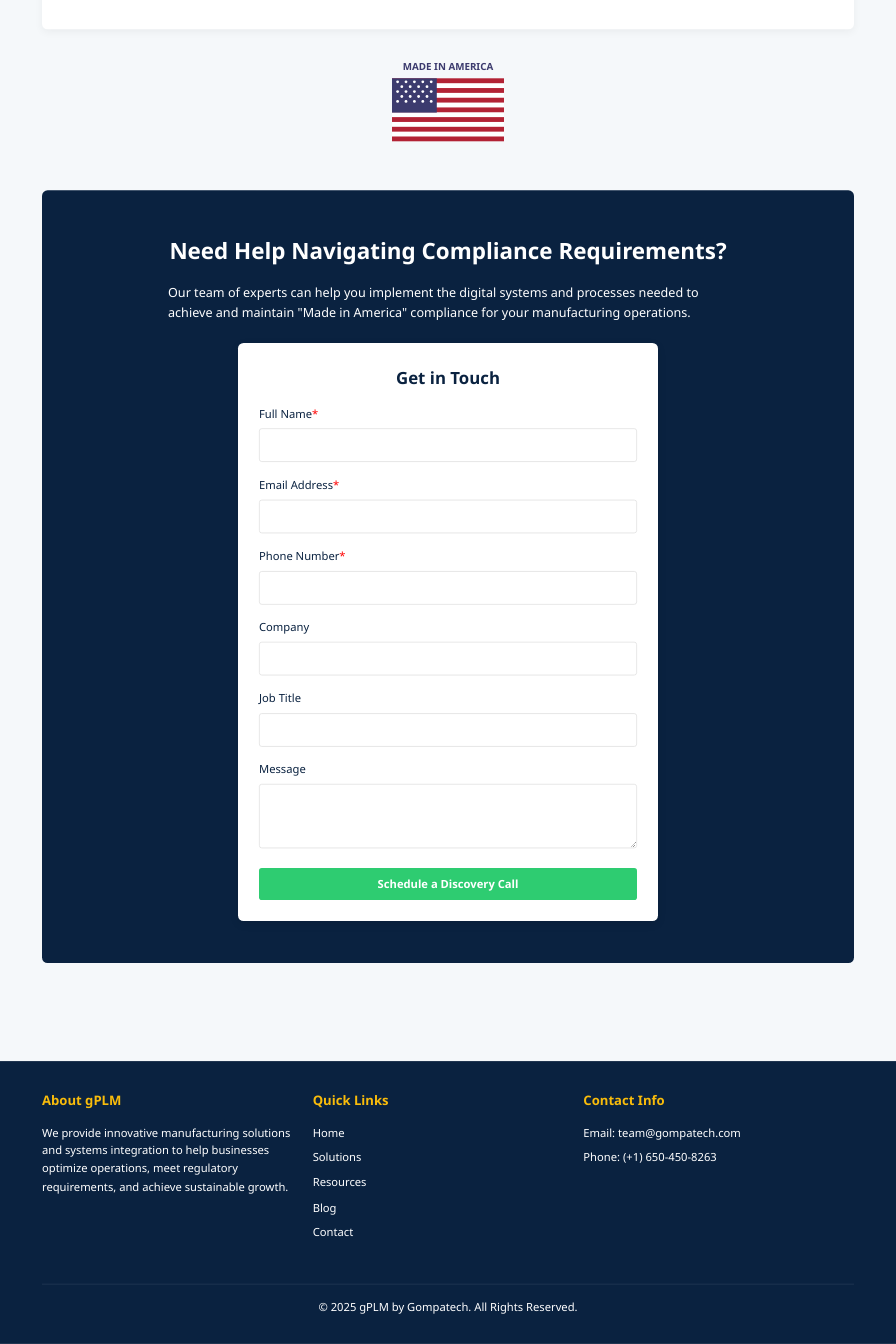
Repository: gompaBlogs/website
Page: mia.html
The author's editor kept a copy of each file at every save. The page is drawn from the files as they stood at one save, then again after the next save.
The browser window is 1280 px wide. The pictures show the part of the page from y = 2507 to 4427 px (the page is 4427 px tall before and 4392 px after), at 70% of full size.

Above is the page before, as saved 2025-04-30 18:03:19.

After the next save:
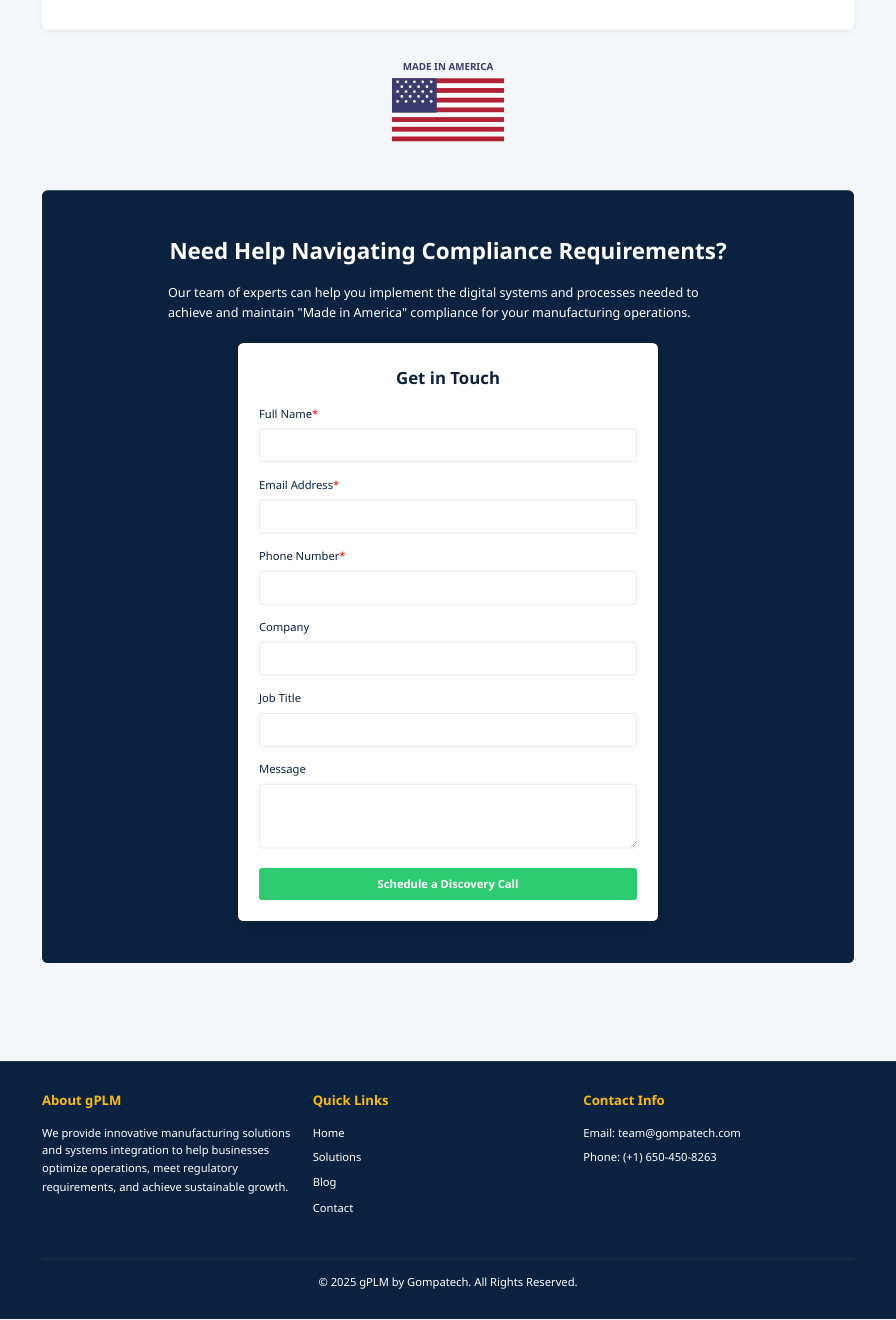
Saved 15 s later.
--- a/mia.html
+++ b/mia.html
@@ -583,7 +583,7 @@
                     <ul>
                         <li><a href="https://gplm.gompatech.com">Home</a></li>
                         <li><a href="#">Solutions</a></li>
-                        <li><a href="#">Resources</a></li>
+                        <!-- <li><a href="#">Resources</a></li> -->
                         <li><a href="#">Blog</a></li>
                         <li><a href="#">Contact</a></li>
                     </ul>
